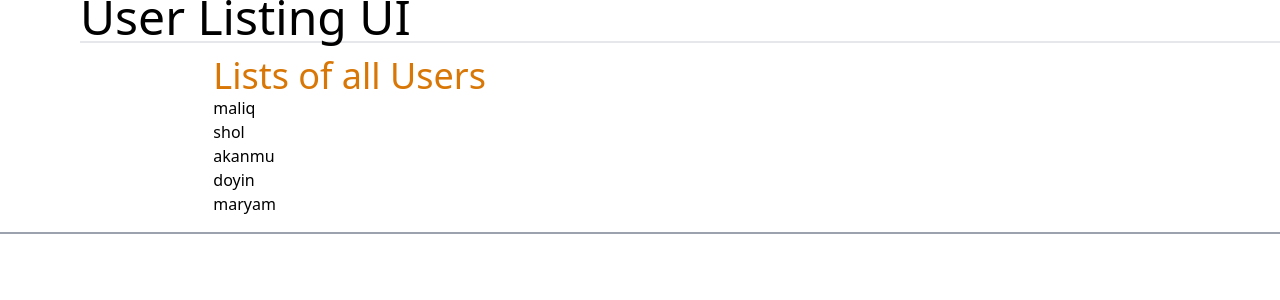
Repository: Marlstergo/listings
Page: / (app in client/)
These files come from the project's save history. The page is drawn as it stood at one moment and after the next save; the edit follows.
The browser window is 1280 px wide. The pictures show the whole page.
The project was rebuilt for these pictures with package versions that can differ from the ones it lists, and the page was loaded fresh each time. Also part of the build but not shown: client/craco.config.js, client/src/components/Loader.js, client/src/components/Order.js, client/src/components/Modal.js. Imported but missing from the stored project, and not drawn on this page: client/src/components/Base, client/src/components/Toppings.

Above is the page before, as saved 2021-07-20 23:37:56.

### client/src/index.js
/* eslint-disable no-unused-vars */
import React from "react";
import ReactDOM from "react-dom";
import "./index.css";
import App from "./App";
import reportWebVitals from "./reportWebVitals";
import { BrowserRouter } from "react-router-dom";
import { Provider } from "react-redux";
import { store } from "./redux/store";
import { PersistGate } from "redux-persist/integration/react";
import { persistor } from "./redux/store";

ReactDOM.render(
  <React.StrictMode>
    <Provider store={store}>
      <BrowserRouter>
        <PersistGate persistor={persistor}>
          <App />
        </PersistGate>
      </BrowserRouter>
    </Provider>
  </React.StrictMode>,
  document.getElementById("root")
);

// If you want to start measuring performance in your app, pass a function
// to log results (for example: reportWebVitals(console.log))
// or send to an analytics endpoint. Learn more: https://bit.ly/CRA-vitals
reportWebVitals();

### client/src/App.js
import React, { useState } from 'react';
import { Route, Switch, useLocation } from "react-router-dom";
import Header from './components/Header';
import Home from './components/Home';
import Base from './components/Base';
import Toppings from './components/Toppings';
import Order from './components/Order';
import Modal from './components/Modal';
import { AnimatePresence } from 'framer-motion';

function App() {
  const location = useLocation();
  const showModal = true;

  return (
    <>
      <Header />
      {/* <Modal showModal={showModal} /> */}
      <AnimatePresence exitBeforeEnter>
        <Switch location={location} key={location.key}>
          <Route path="/">
            <Home />
          </Route>
          <Route path="/createUpdateUser">
            <Toppings />
          </Route>
          <Route path="/order">
            <Order />
          </Route>
          <Route path="/">
            <Home />
          </Route>
        </Switch>
      </AnimatePresence>

    </>
  );
}

export default App;

### client/src/redux/store.js
import { createStore, applyMiddleware } from "redux";
import { logger } from 'redux-logger';
import {persistStore} from 'redux-persist';
// import thunk from 'redux-thunk'
import createSagaMiddleware from 'redux-saga'

import rootSaga from './root-sagas'

import rootReducer from './root-reducer';

const sagaMiddleware = createSagaMiddleware()

const middleware = [sagaMiddleware];

if( process.env.NODE_ENV === 'development'){
    middleware.push(logger)
}

export const store = createStore(rootReducer, applyMiddleware(...middleware))

sagaMiddleware.run(rootSaga)

export const persistor = persistStore(store)

export default (store, persistor);

### client/src/components/Header.js
import React from 'react';
import { motion } from 'framer-motion';

const svgVariants = {
  hidden: { rotate: -180 },
  visible: {
    rotate: 0,
    transition: { duration : 1 }
  },
}

const pathVariants = {
  hidden: {
    opacity: 0,
    pathLength: 0,
  },
  visible: {
    opacity: 1,
    pathLength: 1,
    transition: {
      duration: 2,
      ease: "easeInOut",
    }
  }
};


const Header = () => {
  return (
    <header className='flex p-[40px]  items-center'>
      <motion.div className="logo"
        drag
        dragConstraints={{ left: 0, top: 0, right: 0, bottom: 0 }}
        dragElastic={0.7}
      >
        <motion.svg className="w-14 overflow-visible" xmlns="http://www.w3.org/2000/svg" viewBox="0 0 100 100"
          variants={svgVariants}
          initial="hidden"
          animate="visible"
        >
          <motion.path
            fill="none"
            d="M40 40 L80 40 C80 40 80 80 40 80 C40 80 0 80 0 40 C0 40 0 0 40 0Z"
            variants={pathVariants}
          />
          <motion.path
            fill="none"
            d="M50 30 L50 -10 C50 -10 90 -10 90 30 Z"
            variants={pathVariants}
          />
        </motion.svg>
      </motion.div>
      <motion.div className=" flex-grow ml-6 text-xs"
        initial={{ y: -250}}
        animate={{ y: -10 }}
        transition={{ delay: 0.2, type: 'spring', stiffness: 120 }}
      >
        <h1 className="border-b-2 pb-[10px] text-5xl">User Listing UI</h1>
      </motion.div>
    </header>
  )
}

export default Header;

### client/src/components/Home.js
import React from "react";
import { Link } from "react-router-dom";
import { motion } from "framer-motion";
import Loader from "./Loader";



const containerVariants = {
  hidden: {
    opacity: 0,
  },
  visible: {
    opacity: 1,
    transition: { delay: 1.5, duration: 1.5 },
  },
  exit: {
    x: "-100vh",
    transition: { ease: "easeInOut" },
  },
};
const users = ["maliq", "shol", "akanmu", "doyin", "maryam"];
const Home = () => {
  return (
    <motion.div
      className="  pb-4 mb-4 border-b-2 border-gray-400 flex flex-col items-center"
      variants={containerVariants}
      initial="hidden"
      animate="visible"
      exit="exit"
    >
      <div className="w-2/3 ">
        <h1 className="text-yellow-600 text-4xl">Lists of all Users</h1>
        <ul className="pl-[15px]">
          {users.map(
            (user , idx) => (
              <li key={idx}>{user}</li>
            )
          )}

        </ul>
        {/* <table className="min-w-full divide-y divide-gray-200">
          <thead>
            <tr>
              <th className="px-6 py-3 bg-gray-50 text-left text-xs font-medium text-gray-500 uppercase tracking-wider">
                Transaction
              </th>
              <th className="px-6 py-3 bg-gray-50 text-right text-xs font-medium text-gray-500 uppercase tracking-wider">
                Amount
              </th>
              <th className="hidden px-6 py-3 bg-gray-50 text-left text-xs font-medium text-gray-500 uppercase tracking-wider md:block">
                Status
              </th>
              <th className="px-6 py-3 bg-gray-50 text-right text-xs font-medium text-gray-500 uppercase tracking-wider">
                Date
              </th>
            </tr>
          </thead>
        </table> */}
      </div>
    </motion.div>
  );
};

export default Home;

### client/src/redux/root-sagas.js
import {all, call} from 'redux-saga/effects'
import {userSagas} from './user/user.sagas'


export default function* rootSaga(){
    yield all([
        call(userSagas),
    ])
}

### client/src/redux/root-reducer.js
import {combineReducers} from 'redux'
import userReducer from './user/user.reducer'
// import cartReducer from './cart/cart.reducer'
import {persistReducer} from 'redux-persist'
import storage from 'redux-persist/lib/storage'
// import directoryReducer from './directory/directory.reducer'
// import shopReducer from './shop/shop.reducer'

const persistConfig ={
    key: 'root',
    storage,
    whitelist: ['' ]
}
const rootReducer = combineReducers({
    user: userReducer,

})
export default persistReducer(persistConfig, rootReducer)

### client/src/redux/user/user.sagas.js
import { all, call, put, takeLatest } from "redux-saga/effects";

import UserActionTypes from "./user.types";
import { loadUserDetail } from "./user.action";
// import axios from "axios";
// import { getUserDetailsURL } from "../../components/stringConstants";

export function* getDetails() {
  yield console.log("i fired");

  // try {
  //   console.log("inside try");

  //   const res = yield axios.get(getUserDetailsURL);
  //   const data = yield res.data;
  //   console.log(res);
  //   yield put(loadUserDetail(data ? data.data[0] : {}));
  // } catch (err) {
  //   console.log(err.response);
  //   if (err.response && err.response.statusText === "Not Found") {
  //     // console.log("");
  //     window.location.href = "/profile/settings?newUser=0837";
  //   }
  // }
}

export function* getUserDetails() {
  yield takeLatest(UserActionTypes.GET_USER_DETAIL, getDetails);
}
// export function* loadUserDetails(){
//     yield takeLatest(UserActionTypes.LOAD_USER_DETAIL, loadDetails)
// }

export function* userSagas() {
  yield all([call(getUserDetails)]);
}

### client/src/redux/user/user.reducer.js
import UserActionTypes from "./user.types";
const INITIAL_STATE = {
  // currentUser: null,
  userDetail: {},
  demo: 'i am demo',
  location: null

};
const userReducer = (state = INITIAL_STATE, action) => {
  switch (action.type) {

    case UserActionTypes.LOAD_USER_DETAIL:
      return {
        ...state,
        userDetail: action.payload,
      };

    case UserActionTypes.COLLECT_GEOLOCATION:
      return {
        ...state,
        location: action.payload
      }
    default:
      return state;
  }
};

export default userReducer;

### client/src/redux/user/user.types.js
const UserActionTypes ={
    GOOGLE_SIGN_IN_START : 'GOOGLE_SIGN_IN_START',
    SIGN_IN_SUCCESS : 'SIGN_IN_SUCCESS',
    SIGN_IN_FAILURE : 'SIGN_IN_FAILURE',
    GET_USER_DETAIL: 'GET_USER_DETAIL',
    LOAD_USER_DETAIL: 'LOAD_USER_DETAIL',
    COLLECT_GEOLOCATION: 'COLLECT_GEOLOCATION',
    FETCH_GEOLOCATION: 'FETCH_GEOLOCATION'
}
export default UserActionTypes;

### client/src/redux/user/user.action.js
import UserActionTypes from './user.types'



// export const googleSignInStart = () => ({
//     type: UserActionTypes.GOOGLE_SIGN_IN_START
// })

// export const signInSuccess = (user) => ({
//     type: UserActionTypes.SIGN_IN_SUCCESS,
//     payload: user
// })

export const getUserDetail = () => ({
    type: UserActionTypes.GET_USER_DETAIL,

})
export const loadUserDetail = (details) => ({
    type: UserActionTypes.LOAD_USER_DETAIL,
    payload: details
})

export const fetchGeoloction = () => ({
    type: UserActionTypes.FETCH_GEOLOCATION
})
export const collectGeolocation = (location) => ({
    type: UserActionTypes.COLLECT_GEOLOCATION,
    payload: location
})
// })

### client/tailwind.config.js
  // tailwind.config.js
  module.exports = {
    // mode:'jit',
    purge: ['./src/**/*.{js,jsx,ts,tsx}', './public/index.html'],
     darkMode: false, // or 'media' or 'class'
     theme: {
       extend: {},
     },
     variants: {
       extend: {},
     },
     plugins: [],
   }

Loaded but not shown: client/public/index.html (common file); client/src/index.css (common file); client/src/reportWebVitals.js (common file)

After the next save:
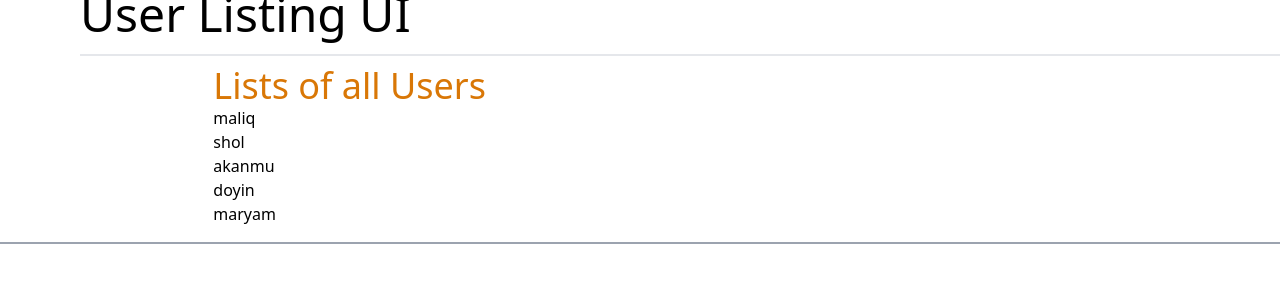
Saved 22 s later.
--- a/client/src/components/Header.js
+++ b/client/src/components/Header.js
@@ -55,7 +55,7 @@ const Header = () => {
         animate={{ y: -10 }}
         transition={{ delay: 0.2, type: 'spring', stiffness: 120 }}
       >
-        <h1 className="border-b-2 pb-[10px] text-5xl">User Listing UI</h1>
+        <h1 className="border-b-2 pb-4 text-5xl">User Listing UI</h1>
       </motion.div>
     </header>
   )
